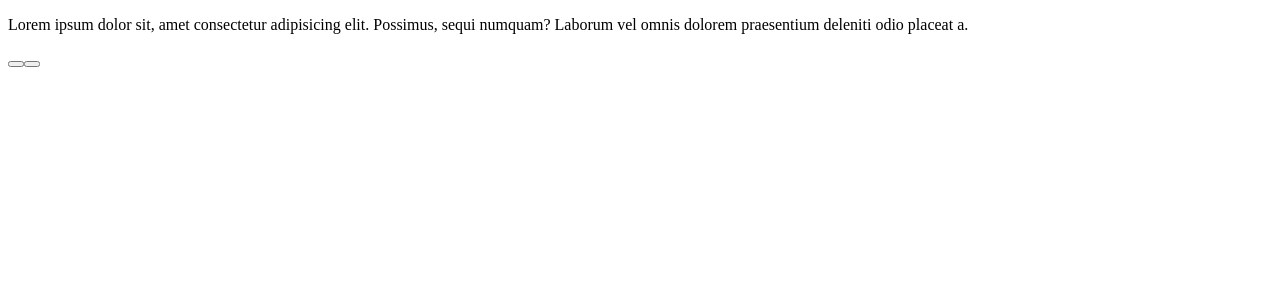
Repository: sparrowkg/TeamWork
Page: index.html
These files come from the project's save history. The page is drawn as it stood at one moment and after a run of saves; the edit follows.
The browser window is 1280 px wide. The pictures show the whole page.

Above is the page before, as saved 2024-02-08 12:47:14.

### index.html
<!DOCTYPE html>
<html lang="en">
<head>
    <meta charset="UTF-8">
    <meta name="viewport" content="width=device-width, initial-scale=1.0">
    <title>Document</title>
    <link rel="stylesheet" href="./style.css">
</head>
<body>

    <div class="container">
        <div class="pic"></div>
        <p>Lorem ipsum dolor sit, amet consectetur adipisicing elit. Possimus, sequi numquam? Laborum vel omnis dolorem praesentium deleniti odio placeat a.</p>
        <button><Button></Button></button>
    </div>

</body>
</html>

Loaded but not shown: style.css (no copy from this time; the picture is the same without it)

After the next 2 saves:
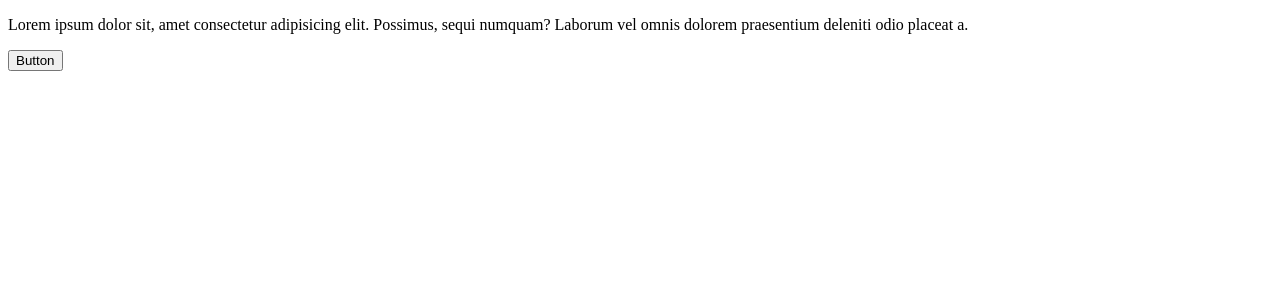
The 2 saves are shown as one change because they came seconds apart.
The last was saved 7 s later.
--- a/index.html
+++ b/index.html
@@ -11,7 +11,7 @@
     <div class="container">
         <div class="pic"></div>
         <p>Lorem ipsum dolor sit, amet consectetur adipisicing elit. Possimus, sequi numquam? Laborum vel omnis dolorem praesentium deleniti odio placeat a.</p>
-        <button><Button></Button></button>
+        <button>Button</button>
     </div>
 
 </body>
